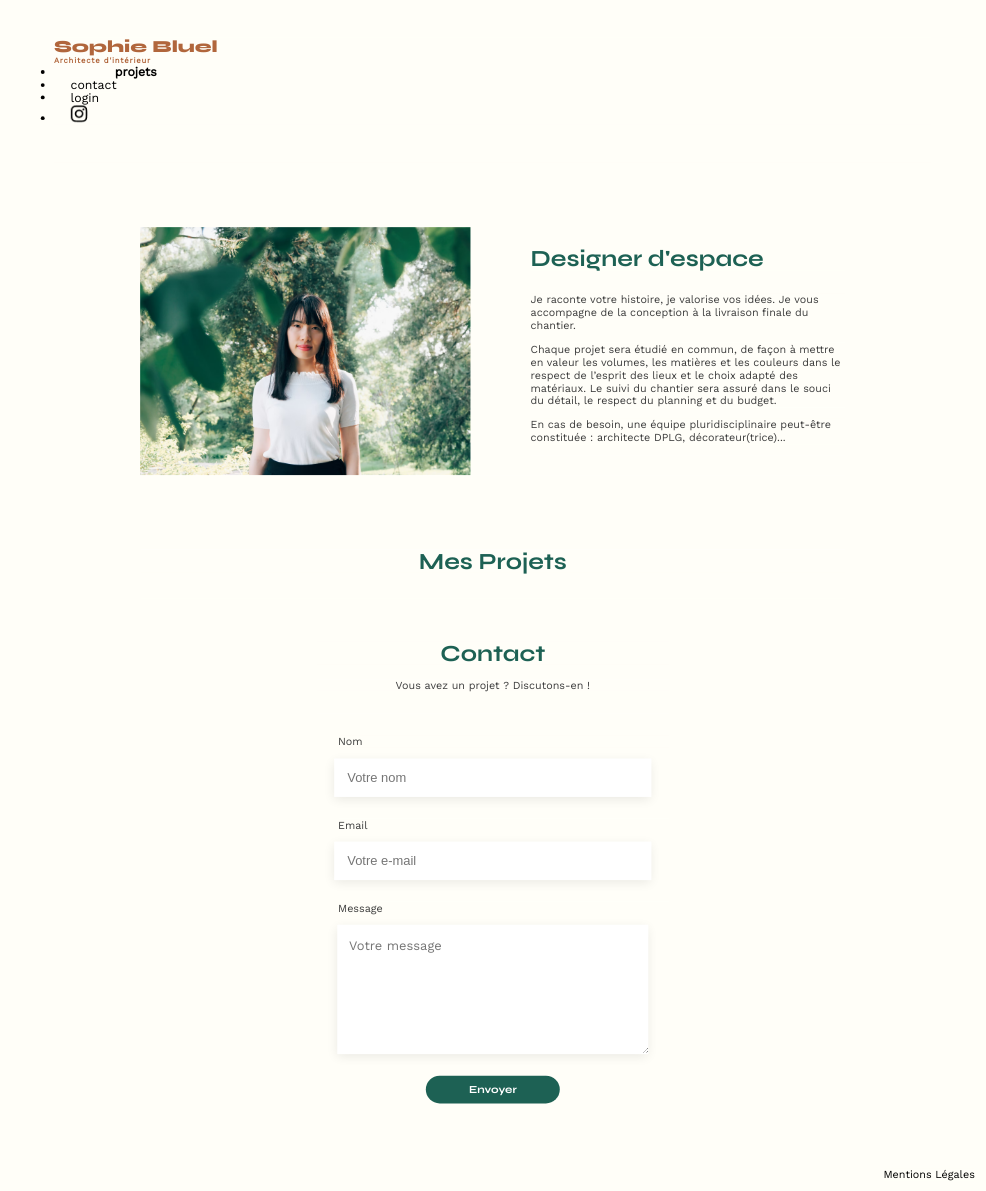
Repository: BlueSoley23/openclassrooms
Page: FrontEnd/logged.html
The author's editor kept a copy of each file at every save. The page is drawn from the files as they stood at one save, then again after the next save.
The browser window is 1280 px wide. The pictures show the whole page, at 77% of full size.
The page's requests for data from a server got no answer.

Above is the page before, as saved 2023-12-21 07:55:56.
Console error: TypeError: categories is not iterable

After the next save:
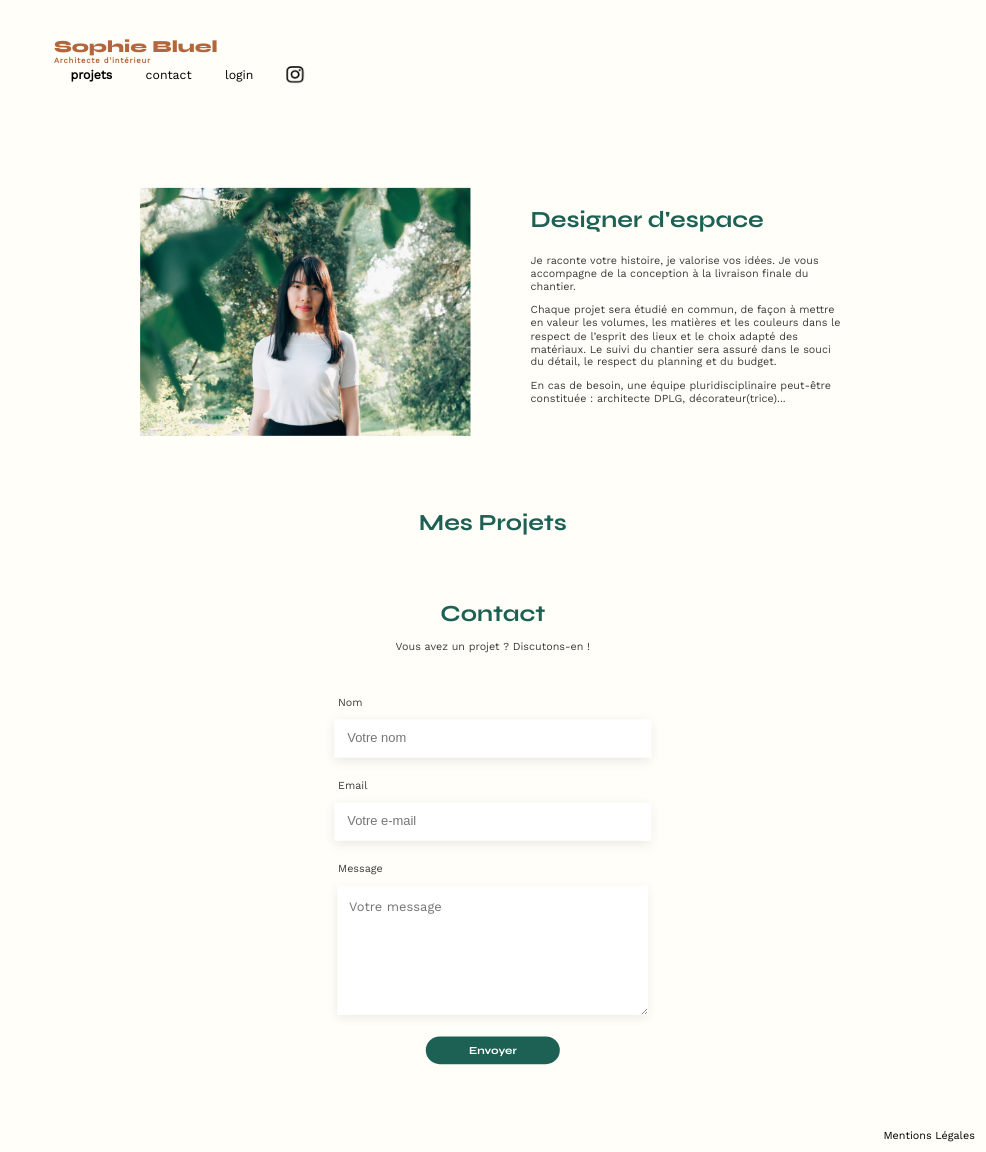
Saved 34 s later.
--- a/FrontEnd/assets/css/style.css
+++ b/FrontEnd/assets/css/style.css
@@ -554,9 +554,6 @@
 		align-items: auto;
 	}
 
-	.deleted {
-			all: unset;
-	}
 	.header.logged {
 		display: flex;
 		flex-direction: column;
